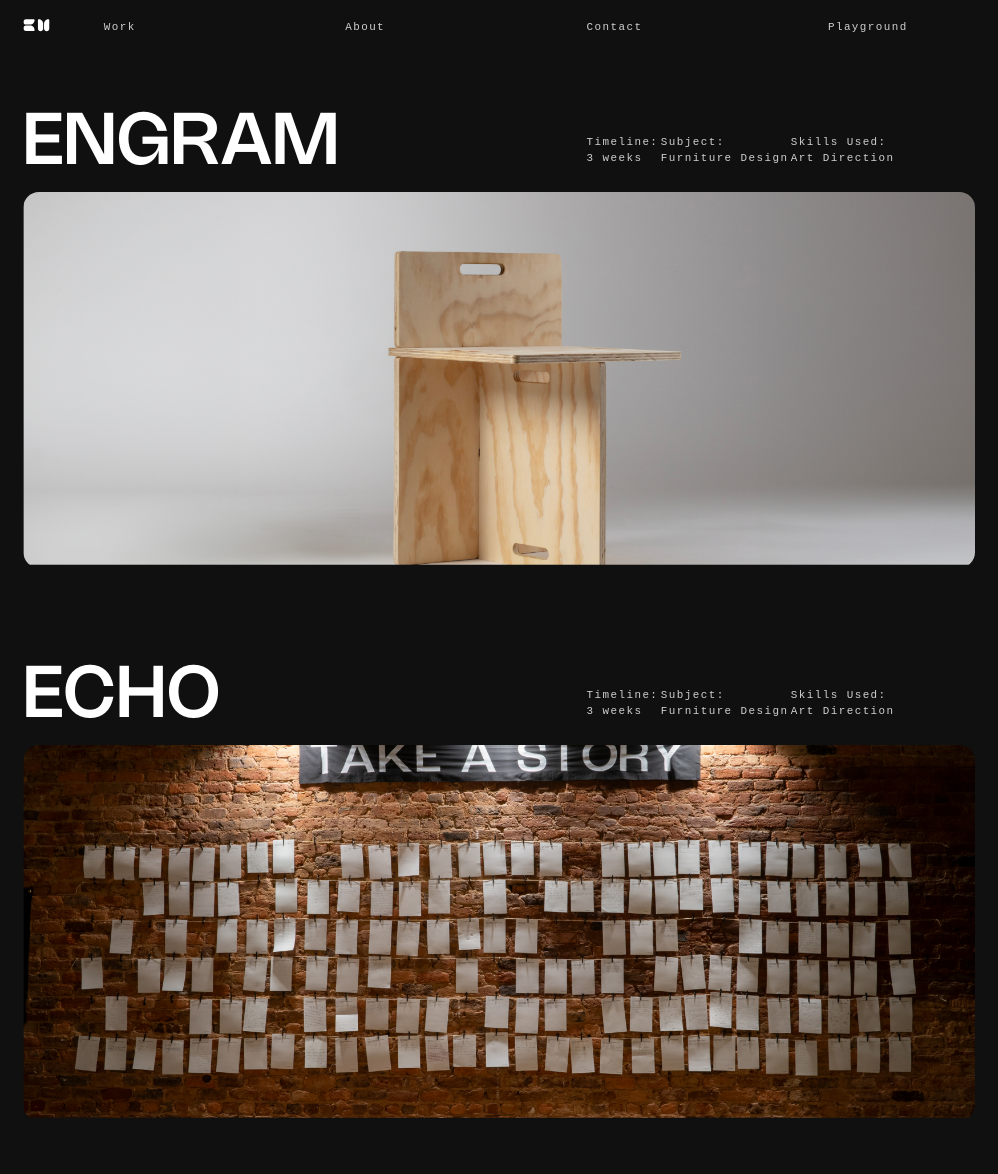
Repository: theethanwright/ethan_wright_portfolio
Page: work.html
The author's editor kept a copy of each file at every save. The page is drawn from the files as they stood at one save, then again after the next save.
The browser window is 1280 px wide. The pictures show the whole page, at 78% of full size.

Above is the page before, as saved 2023-12-26 19:09:08.

After the next save:
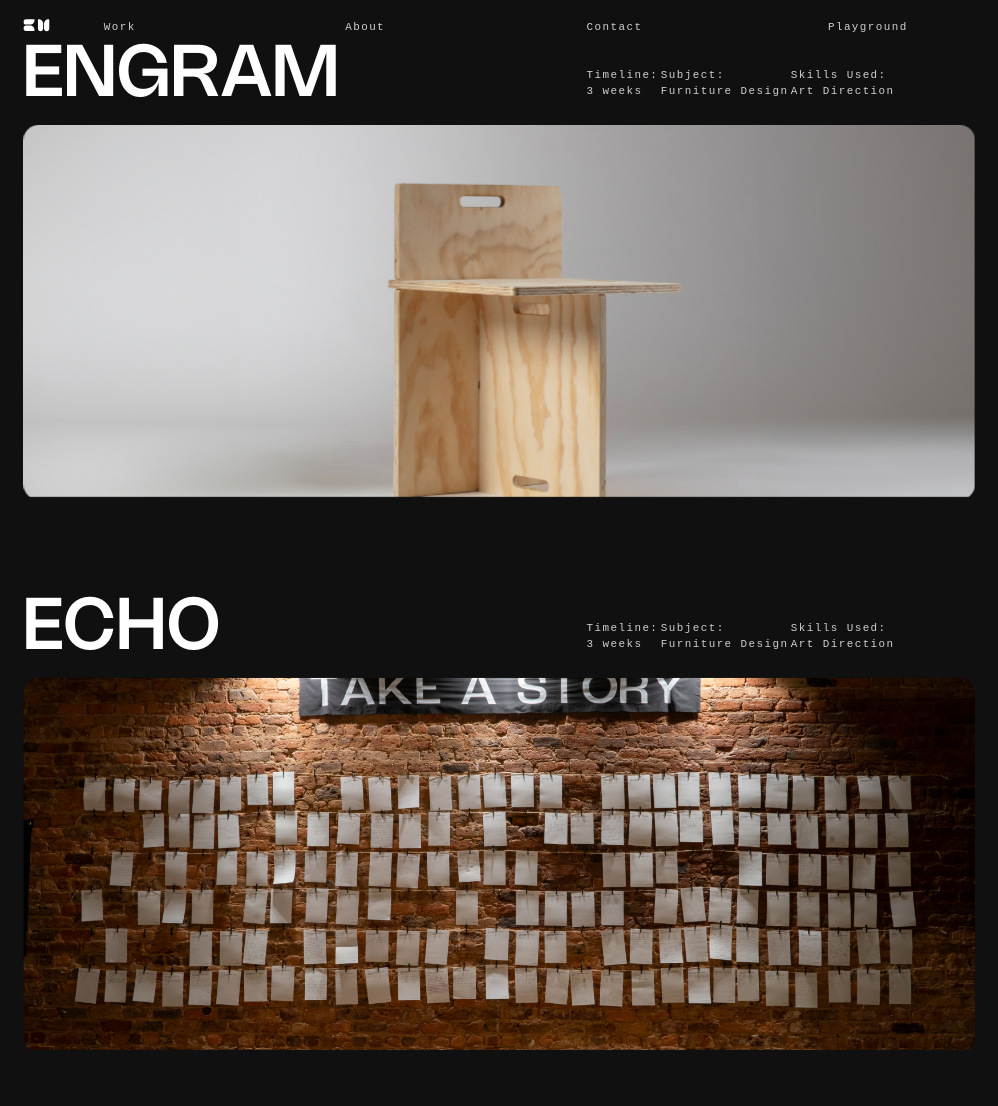
Saved 102 s later.
--- a/work/layouts.css
+++ b/work/layouts.css
@@ -2,7 +2,7 @@
 
     .navbar {
         box-sizing: border-box;
-        position: relative;
+        position: fixed;
         padding: 24px 30px;
         display: grid;
         margin: 0;

After the save that followed:
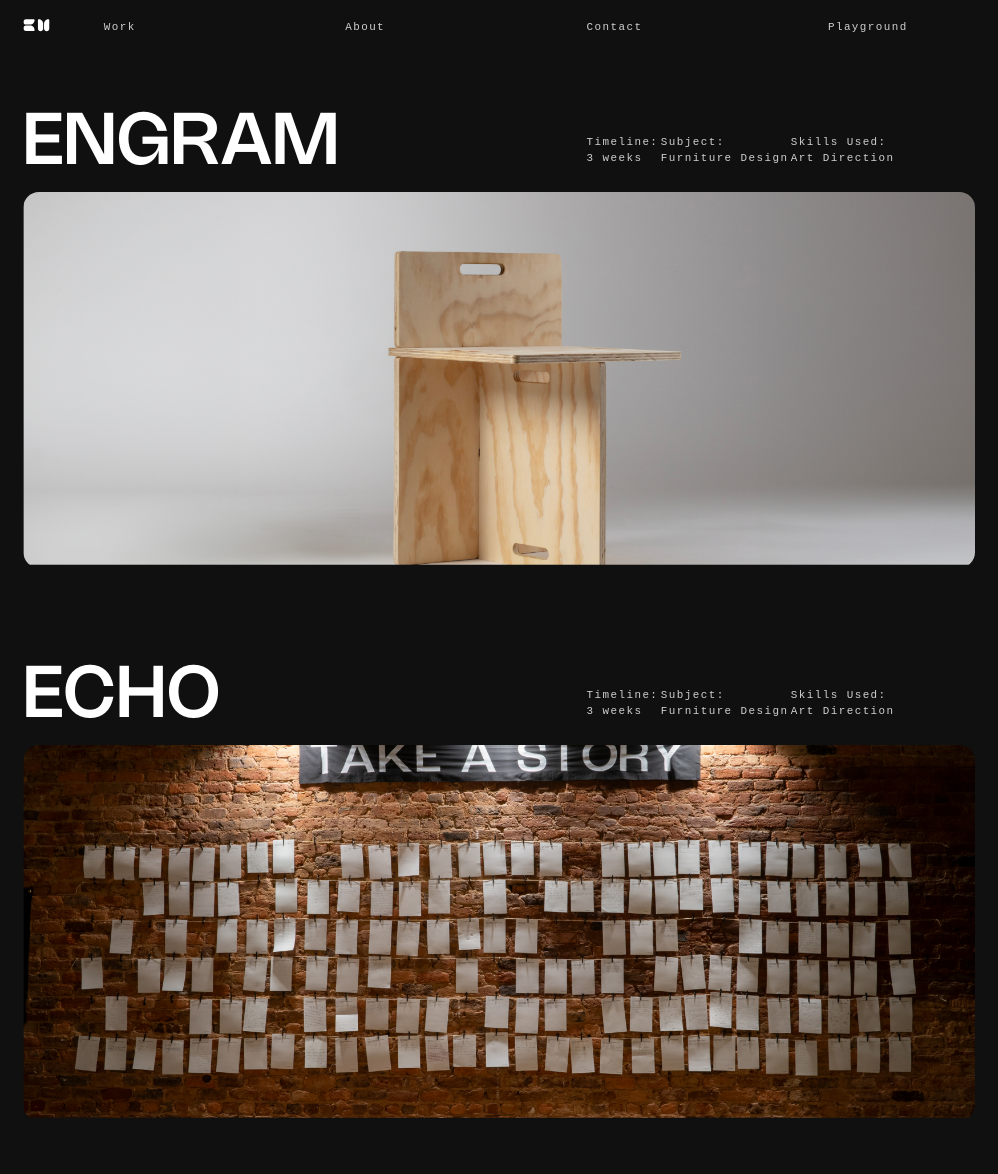
Saved 86 s later.
--- a/work/layouts.css
+++ b/work/layouts.css
@@ -2,7 +2,7 @@
 
     .navbar {
         box-sizing: border-box;
-        position: fixed;
+        position: relative;
         padding: 24px 30px;
         display: grid;
         margin: 0;
